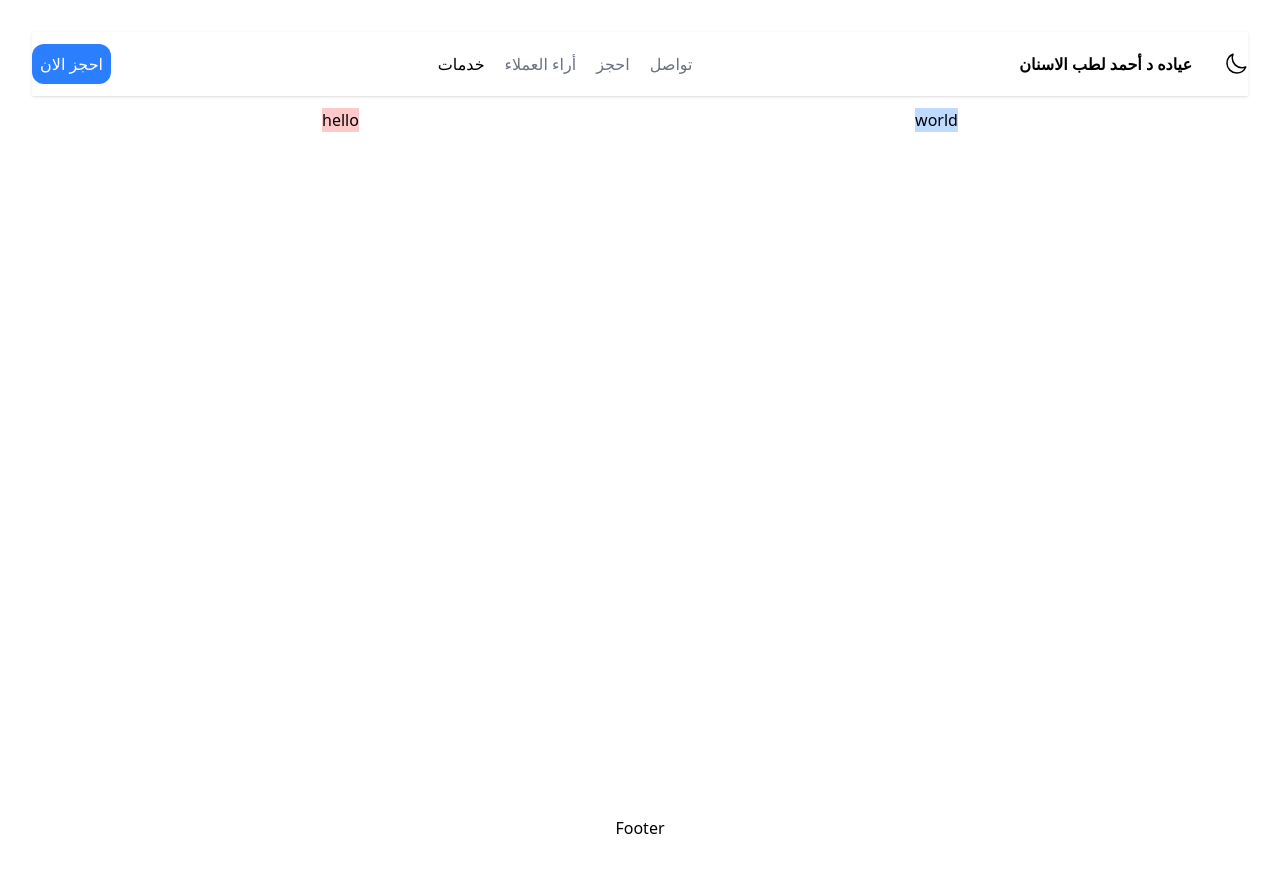
Repository: mohamedehab23-pro/clinic
Page: /
An editor plug-in stored every save of this project. The page is shown before and after a run of saves, followed by the edit.
The browser window is 1280 px wide. The pictures show the whole page.
The project was rebuilt for these pictures with package versions that can differ from the ones it lists, and the page was loaded fresh each time. Also part of the build but not shown: vite.config.js, src/Pages/AboutPage.jsx, src/Pages/ContactPage.jsx, src/Pages/NotFound.jsx, src/Components/Child.jsx, src/Components/Parent.jsx.

Above is the page before, as saved 2026-02-22 13:54:30.

### index.html
<!doctype html>
<html lang="en">
  <head>
    <meta charset="UTF-8" />
    <link rel="icon" type="image/svg+xml" href="/vite.svg" />
    <meta name="viewport" content="width=device-width, initial-scale=1.0" />
    <title>project1</title>
  </head>
  <body>
    <div id="root"></div>
    <script type="module" src="/src/main.jsx"></script>
  </body>
</html>

### src/index.css
@import "tailwindcss";
@custom-variant dark (&:where(.dark, .dark *));


.active{
    @apply text-black dark:text-white
}

### src/App.jsx
import { useState } from 'react'
import HeroPage from '../src/Pages/HeroPage'
import './App.css'
import { createBrowserRouter, RouterProvider } from 'react-router'
import MainLayout from './Layouts/MainLayout'
import AboutPage from './Pages/AboutPage'
import ContactPage from './Pages/ContactPage'
import NotFound from './Pages/NotFound'
import Parent from './Components/Parent'


const x=createBrowserRouter([
  {path:'',element:<MainLayout/>,children:[
    {index:true,element:<HeroPage/>},
    {path:'/about',element:<AboutPage/>},
    {path:'/contact',element:<ContactPage/>},
    {path:'*',element:<NotFound/>}
  ]}
])

function App() {

  return (
    <>
    {/* <Parent/> */}

     <RouterProvider router={x}/>
    </>
  )
}

export default App

### src/Pages/HeroPage.jsx
import React from 'react'

export default function HomePage() {
  return (
    <div className='dark:bg-gray-800 min-h-screen p-3'>
      <div className='flex justify-around'>
<div className='bg-red-200'>
  hello
</div>
<div className='bg-blue-200'>
  world
</div>
      </div>



    </div>
  )
}

### src/Layouts/MainLayout.jsx
import React, { useState } from 'react'
import Navbar from '../Components/Navbar'
import Footer from '../Components/Footer'
import { Outlet } from 'react-router'

export default function MainLayout() {
  const [darkMode, setDarkMode] = useState(false)
  return (
    <>
    <div className={`${darkMode? 'dark':''}  dark:text-white`}>
      <Navbar darkMode={darkMode} setDarkMode={setDarkMode}/>
    <Outlet />
    <Footer/>
    </div>
    </>
  )
}

### src/Components/Navbar.jsx
import React, { useState } from 'react'
import { Link, NavLink } from 'react-router'

export default function Navbar({setDarkMode,darkMode}) {
  const [navToggle, setNavToggle] = useState(false)
  return (
    <div className='py-3 shadow sticky top-0 w-full dark:bg-gray-700 bg-white/50'>
<div className="container px-3 lg:p-0 mx-auto flex items-center justify-between">
<div>
  <button className='p-2 rounded-xl bg-blue-500 text-white '><Link to={'/'}>احجز الان</Link></button>
</div>
<div>
  <ul className='lg:flex dark:text-white/50 gap-5 hidden'>
    <li className='text-gray-500'><NavLink to={''}>خدمات</NavLink></li>
    <li className='text-gray-500'><NavLink to={'/about'}>أراء العملاء</NavLink></li>
    <li className='text-gray-500'><NavLink to={'/contact'}>احجز</NavLink></li>
    <li className='text-gray-500'><NavLink to={'ertyuj'}>تواصل</NavLink></li>
  </ul>
</div>
<div className='flex gap-8'>
  <Link to={''} className=' font-bold'>عياده د أحمد لطب الاسنان</Link>
  {darkMode?<svg xmlns="http://www.w3.org/2000/svg"
onClick={()=>setDarkMode(!darkMode)}
fill="none" viewBox="0 0 24 24" strokeWidth={1.5} stroke="currentColor" className="cursor-pointer size-6">
  <path strokeLinecap="round" strokeLinejoin="round" d="M12 3v2.25m6.364.386-1.591 1.591M21 12h-2.25m-.386 6.364-1.591-1.591M12 18.75V21m-4.773-4.227-1.591 1.591M5.25 12H3m4.227-4.773L5.636 5.636M15.75 12a3.75 3.75 0 1 1-7.5 0 3.75 3.75 0 0 1 7.5 0Z" />
</svg>:<svg xmlns="http://www.w3.org/2000/svg" fill="none"
onClick={()=>setDarkMode(!darkMode)}
viewBox="0 0 24 24" strokeWidth={1.5} stroke="currentColor" className="cursor-pointer size-6">
  <path strokeLinecap="round" strokeLinejoin="round" d="M21.752 15.002A9.72 9.72 0 0 1 18 15.75c-5.385 0-9.75-4.365-9.75-9.75 0-1.33.266-2.597.748-3.752A9.753 9.753 0 0 0 3 11.25C3 16.635 7.365 21 12.75 21a9.753 9.753 0 0 0 9.002-5.998Z" />
</svg>}
</div>
<div className='lg:hidden'>
  <svg xmlns="http://www.w3.org/2000/svg" onClick={()=>setNavToggle(!navToggle)} fill="none" viewBox="0 0 24 24" strokeWidth={1.5} stroke="currentColor" className="cursor-pointer size-6">
  <path strokeLinecap="round" strokeLinejoin="round" d="M3.75 6.75h16.5M3.75 12h16.5m-16.5 5.25h16.5" />
</svg>


</div>



</div>
{navToggle && <ul className='pt-3 text-end px-3'>
    <li className='text-gray-500'><NavLink to={''}>خدمات</NavLink></li>
    <li className='text-gray-500'><NavLink to={'/about'}>أراء العملاء</NavLink></li>
    <li className='text-gray-500'><NavLink to={'/contact'}>احجز</NavLink></li>
    <li className='text-gray-500'><NavLink to={'ertyuj'}>تواصل</NavLink></li>
  </ul>}


    </div>
  )
}

Loaded but not shown: src/main.jsx (common file); src/App.css (common file); src/Components/Footer.jsx (common file)

After the next 2 saves:
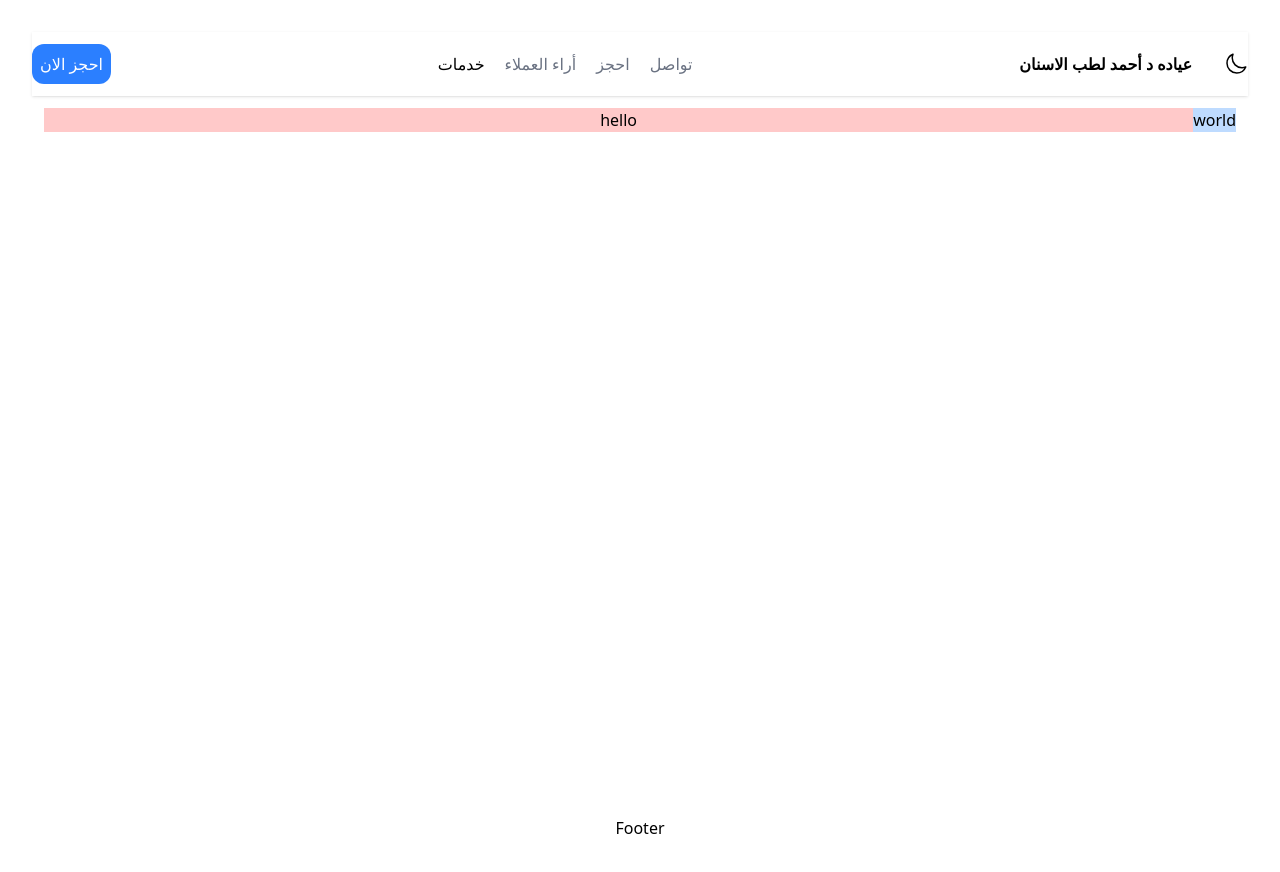
The 2 saves are shown as one change because they came seconds apart.
The last was saved 16 s later.
--- a/src/Pages/HeroPage.jsx
+++ b/src/Pages/HeroPage.jsx
@@ -4,7 +4,7 @@ export default function HomePage() {
   return (
     <div className='dark:bg-gray-800 min-h-screen p-3'>
       <div className='flex justify-around'>
-<div className='bg-red-200'>
+<div className='bg-red-200 w-full'>
   hello
 </div>
 <div className='bg-blue-200'>
